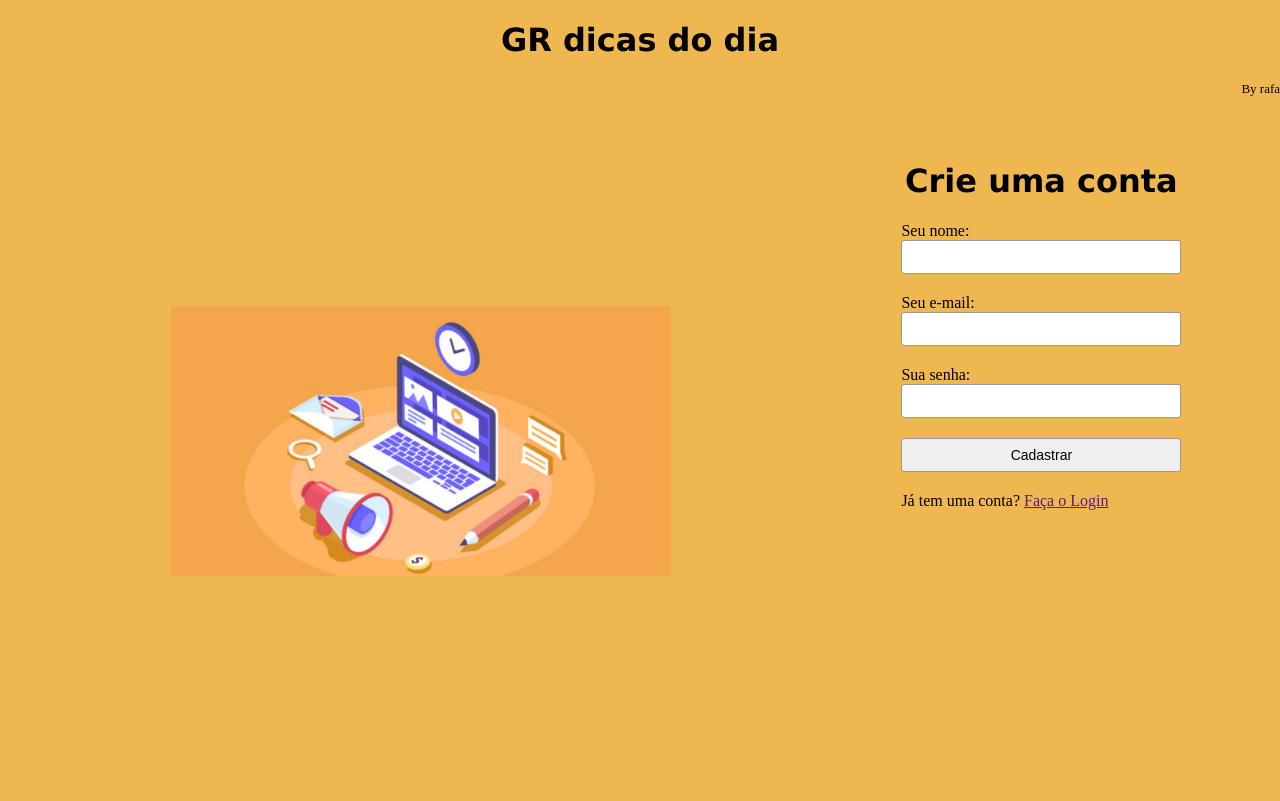
Repository: rafavirginio/tela-de-login
Page: index.html
These files come from the project's save history. The page is drawn as it stood at one moment and after the next save; the edit follows.
The browser window is 1280 px wide. The pictures show the whole page.

Above is the page before, as saved 2020-09-17 15:22:16.

After the next save:
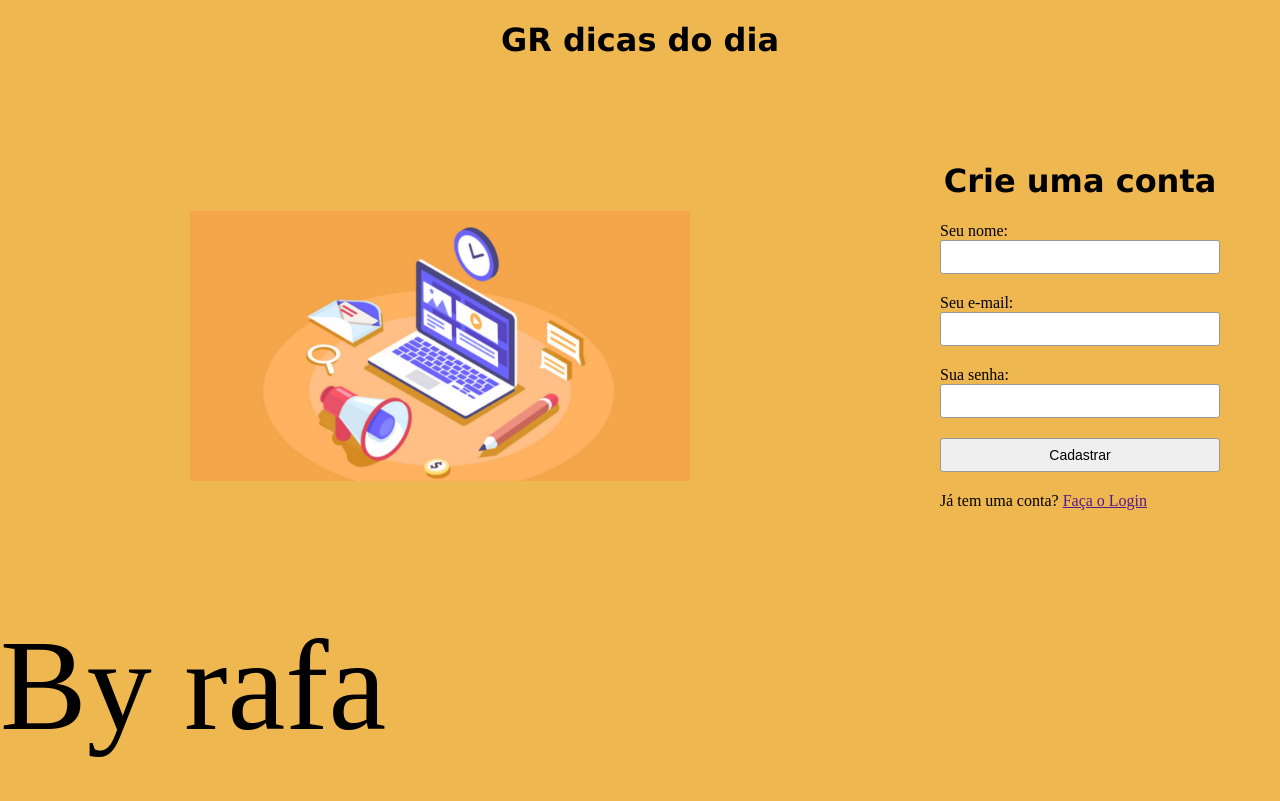
Saved 24 s later.
--- a/style.css
+++ b/style.css
@@ -38,7 +38,7 @@
 }
 
 span {
-    font-size: 13px;
+    font-size: 130px;
     justify-content: right, end;
 }
 

After the save that followed:
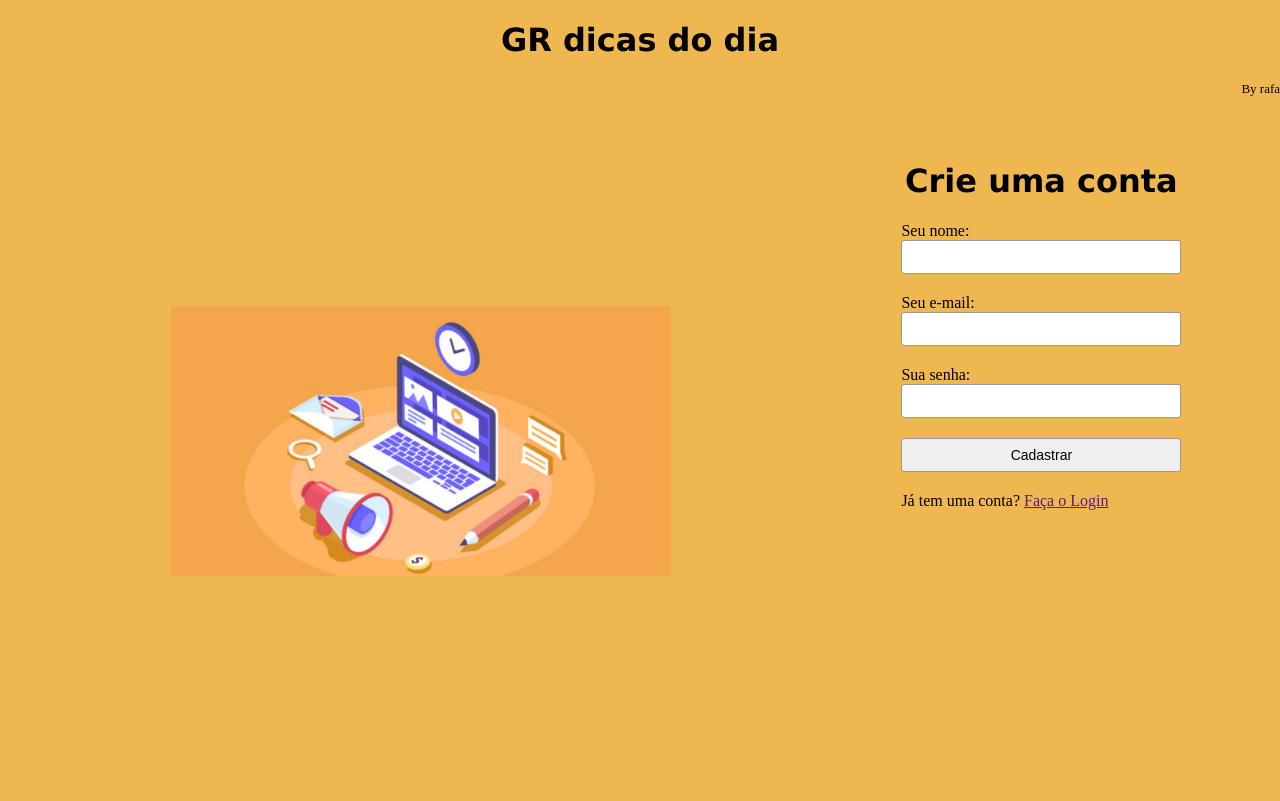
Saved 10 s later.
--- a/style.css
+++ b/style.css
@@ -38,7 +38,7 @@
 }
 
 span {
-    font-size: 130px;
+    font-size: 13px;
     justify-content: right, end;
 }
 
